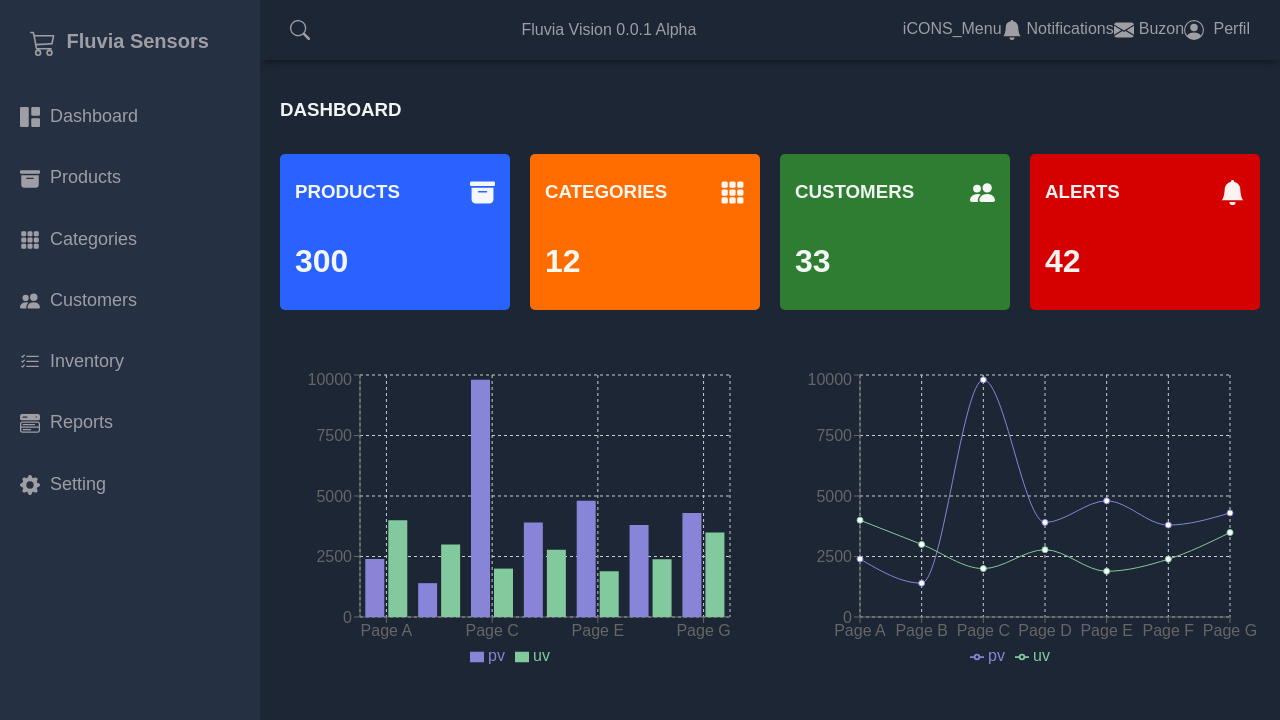
Repository: LukasMoyano/FluviaProject_Dashboard000-AlphVer0.0.1
Page: /
An editor plug-in stored every save of this project. The page is shown before and after a run of saves, followed by the edit.
The browser window is 1280 px wide. The pictures show the whole page.
The project was rebuilt for these pictures with package versions that can differ from the ones it lists, and the page was loaded fresh each time. Also part of the build but not shown: vite.config.js.

Above is the page before, as saved 2024-05-07 08:41:44.

After the next 2 saves:
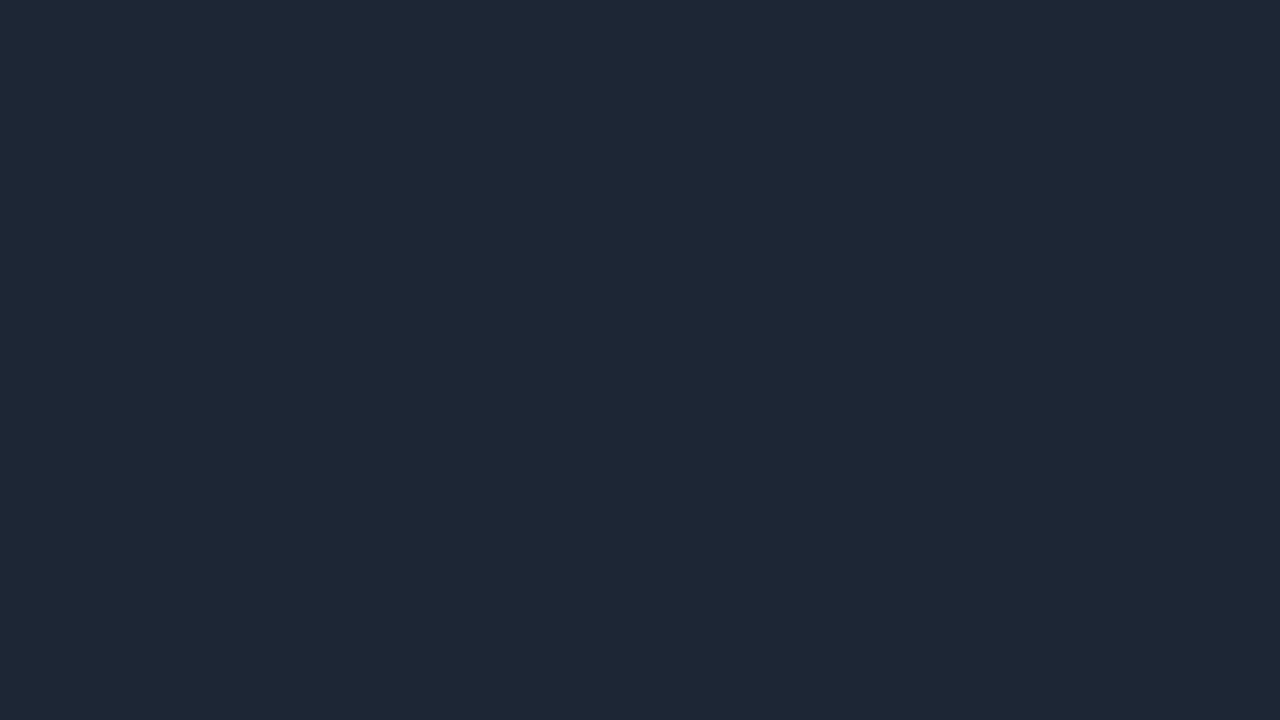
Console error (its wording comes from the project's code and is left out).
The 2 saves are shown as one change because 1 did not build or start.
The last was saved 32 s later.
--- a/src/Header.jsx
+++ b/src/Header.jsx
@@ -14,7 +14,7 @@
         </div>
         Fluvia Vision 0.0.1 Alpha
         <div className='header-right'>iCONS_Menu
-            <BsFillBellFill className='icon'/>Notifications
+            <BsFillBellFill className='icon'/><br>Notifications</br>
             <BsFillEnvelopeFill className='icon'/>Buzon
             <BsPersonCircle className='icon'/> Perfil
         </div>

After the save that followed:
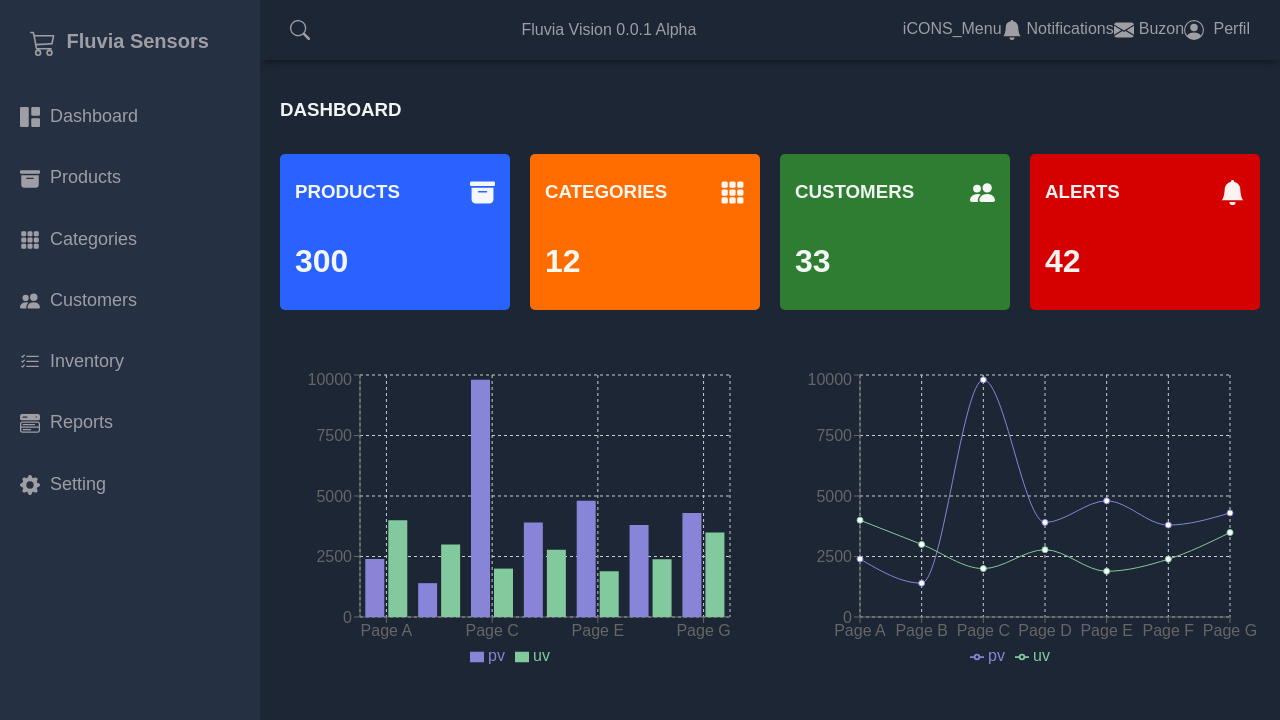
The error is gone.
Saved 3 min 23 s later.
--- a/src/Header.jsx
+++ b/src/Header.jsx
@@ -14,7 +14,7 @@
         </div>
         Fluvia Vision 0.0.1 Alpha
         <div className='header-right'>iCONS_Menu
-            <BsFillBellFill className='icon'/><br>Notifications</br>
+            <BsFillBellFill className='icon'/>Notifications
             <BsFillEnvelopeFill className='icon'/>Buzon
             <BsPersonCircle className='icon'/> Perfil
         </div>
